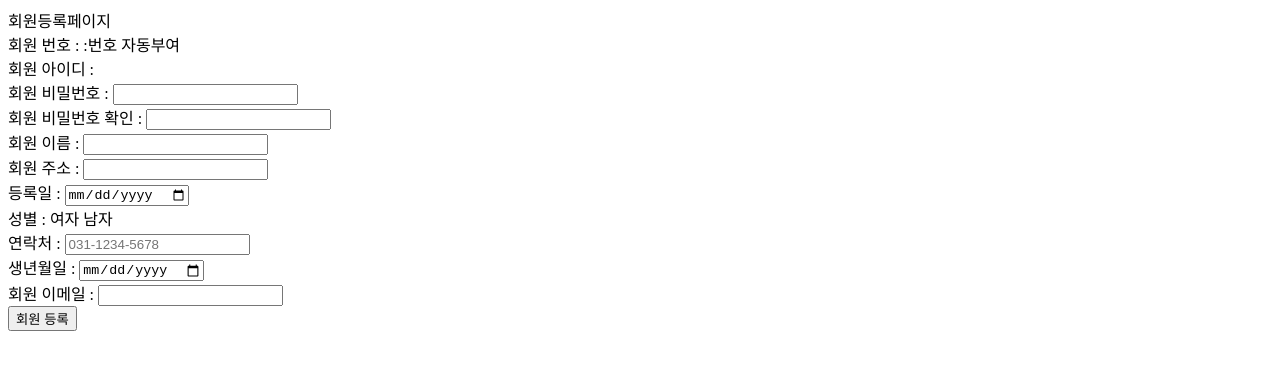
Repository: Ileok/kosa
Page: http://localhost/kosaShoppingMall/view/member/memberForm.jsp
These files come from the project's save history. The page is drawn as it stood at one moment and after the next save; the edit follows.
The browser window is 1280 px wide. The pictures show the whole page.
The page is served by Tomcat 9.

Above is the page before, as saved 2022-02-07 02:11:42.

After the next save:
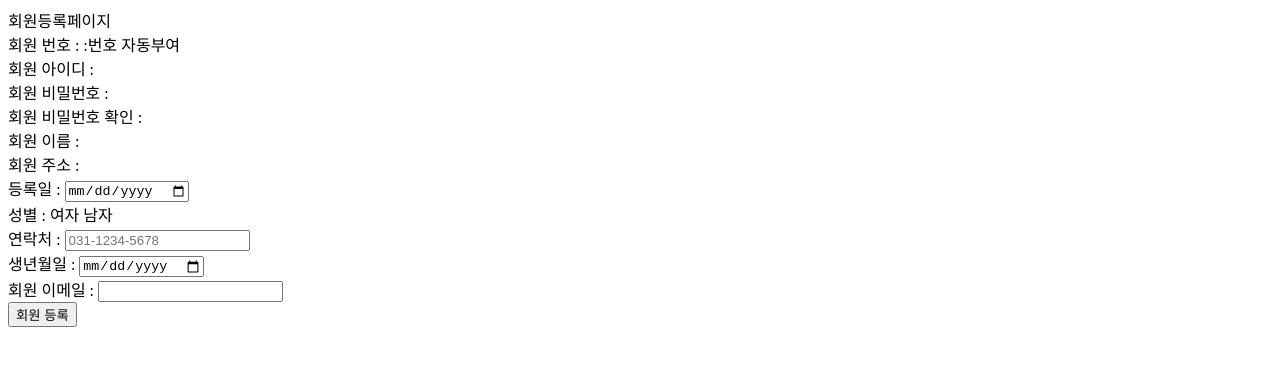
Saved 20 s later.
--- a/kosaShoppingMall/src/main/webapp/view/member/memberForm.jsp
+++ b/kosaShoppingMall/src/main/webapp/view/member/memberForm.jsp
@@ -9,21 +9,21 @@
 <body>
 회원등록페이지<br/>
 <form:form action="memberRegist" method="post" name="frm" id="frm" modelAttribute="memberCommand">
-회원 번호 : <form:input path="memberNum" readonly="readonly">:번호 자동부여
+회원 번호 : <form:input path="memberNum" readonly="readonly"/>:번호 자동부여
 		<form:errors path="memberNum" /><br/>
 회원 아이디 : <form:input path="memberId"/>
 <form:errors path="memberId" /><br/>
 
-회원 비밀번호 : <input path=="memberPw" />
+회원 비밀번호 : <form:input path="memberPw" />
 <form:errors path="memberPw" /><br/>
 
-회원 비밀번호 확인 : <input path="memberPwCon"  />
+회원 비밀번호 확인 : <form:input path="memberPwCon"  />
 <form:errors path="memberPwCon" /><br/>
 
-회원 이름 :  <input path="memberName" />
+회원 이름 :  <form:input path="memberName" />
 <form:errors path="memberName" /><br/>
 
-회원 주소 :  <input path="memberAddr"  />
+회원 주소 :  <form:input path="memberAddr"  />
 <form:errors path="memberAddr" /><br/>
 
 등록일 :  <input type="date" name="memberRegist" />
